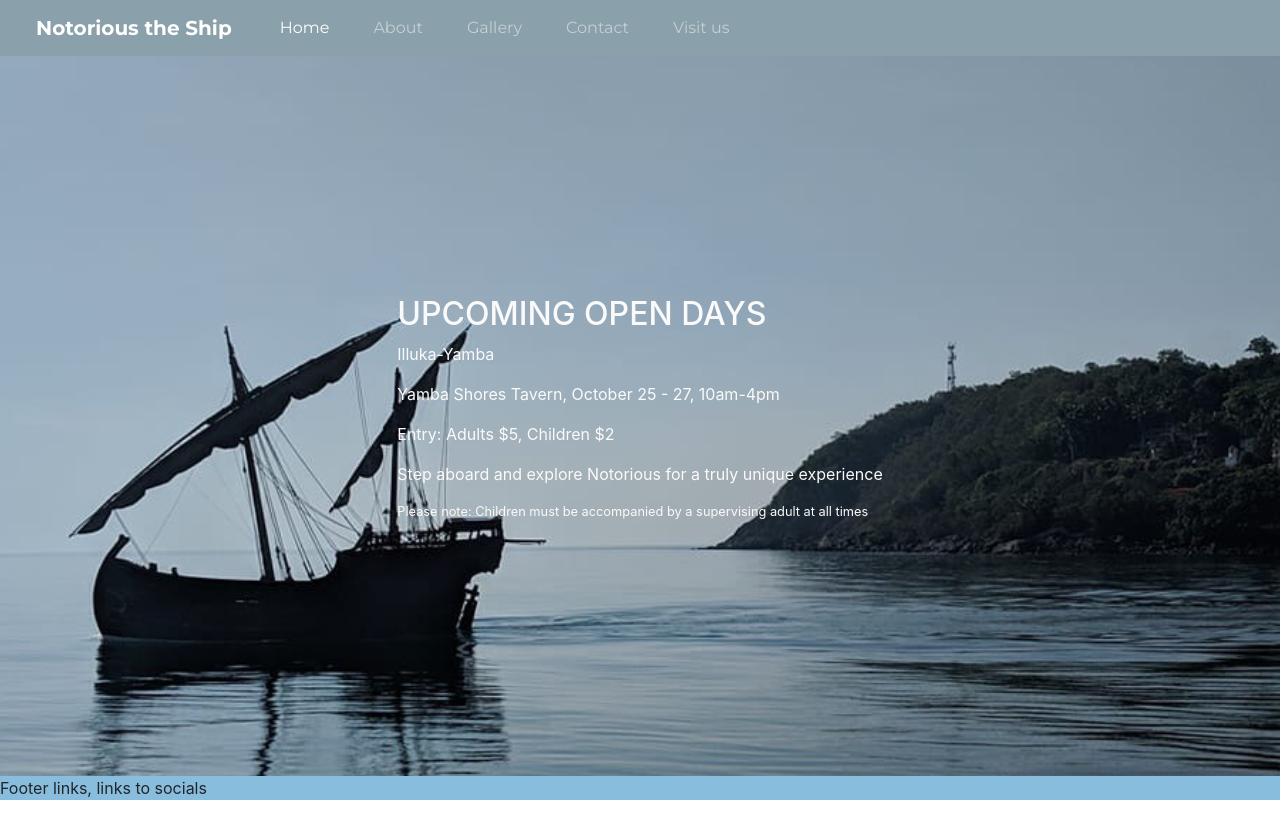
Repository: TSRose/NotorioustheShip
Page: open.html
The author's editor kept a record of every edit. The page is drawn from the files as they stood at one moment, then again after the next edit.
The browser window is 1280 px wide. The pictures show the whole page.
Backgrounds fixed to the window are drawn as part of the page.

Above is the page before.

### open.html
<!DOCTYPE html>
<html lang="en">

<head>
    <meta charset="UTF-8">
    <meta name="viewport" content="width=device-width, initial-scale=1.0">
    <meta http-equiv="X-UA-Compatible" content="ie=edge">
    <link rel="stylesheet" href="https://stackpath.bootstrapcdn.com/bootstrap/4.3.1/css/bootstrap.min.css" type="text/css" />
    <link rel="stylesheet" href="https://stackpath.bootstrapcdn.com/font-awesome/4.7.0/css/font-awesome.min.css">
    <link rel="stylesheet" href="assets/css/style.css" type="text/css">
    <title>Notorious the Ship</title>
</head>

<body>
    <nav class="navbar navbar-dark navbar-expand-sm">
        <a href="index.html" class="navbar-brand">Notorious the Ship</a>
        <button class="navbar-toggler ml-auto" type="button" data-toggle="collapse" data-target="#navbarNavDropdown" aria-controls="navbarNavDropdown" aria-expanded="false" aria-label="Toggle navigation">
      <span class="navbar-toggler-icon"></span></button>
        <div class="collapse navbar-collapse" id="navbarNavDropdown">
            <ul class="navbar-nav mr-auto">
                <li class="active nav-item mr-2"><a class="nav-link" href="index.html">Home</a></li>
                <li class="nav-item mr-2"><a class="nav-link" href="about.html">About</a></li>
                <li class="nav-item mr-2"><a class="nav-link" href="gallery.html">Gallery</a></li>
                <li class="nav-item mr-2"><a class="nav-link" href="contact.html">Contact</a></li>
                <li class="nav-item mr-2"><a class="nav-link" href="open.html">Visit us</a></li>
            </ul>
        </div>
    </nav>

    <!---------------------------open days----->

    <div class="container-fluid landing-container">
        <section class="landing">
            <div class="row">
                <div class="col-12">
                    <div class="jumbotron-landing">
                        <h2 class="text-uppercase jumbotron-heading">Upcoming Open Days</h2>
                        <p class="landing-subheading">Illuka-Yamba</p>
                        <p class="landing-subheading">Yamba Shores Tavern, October 25 - 27, 10am-4pm</p>
                        <p class="landing-subheading">Entry: Adults $5, Children $2</p>
                        <p class="landing-subheading">Step aboard and explore Notorious for a truly unique experience</p>
                        <p class="small">Please note: Children must be accompanied by a supervising adult at all times</p>
                    </div>
                </div>
            </div>
        </section>
    </div>


    <footer>
        <p>Footer links, links to socials </p>
    </footer>

    <script src="https://code.jquery.com/jquery-3.3.1.slim.min.js" integrity="sha384-q8i/X+965DzO0rT7abK41JStQIAqVgRVzpbzo5smXKp4YfRvH+8abtTE1Pi6jizo" crossorigin="anonymous"></script>
    <script src="https://cdnjs.cloudflare.com/ajax/libs/popper.js/1.14.7/umd/popper.min.js" integrity="sha384-UO2eT0CpHqdSJQ6hJty5KVphtPhzWj9WO1clHTMGa3JDZwrnQq4sF86dIHNDz0W1" crossorigin="anonymous"></script>
    <script src="https://stackpath.bootstrapcdn.com/bootstrap/4.3.1/js/bootstrap.min.js" integrity="sha384-JjSmVgyd0p3pXB1rRibZUAYoIIy6OrQ6VrjIEaFf/nJGzIxFDsf4x0xIM+B07jRM" crossorigin="anonymous"></script>

</body>

</html>

### assets/css/style.css
@import url('https://fonts.googleapis.com/css?family=Montserrat:100,200,300,400,500,600,700|Roboto:100,200,300,400,500,600,700');

body {
    margin: 10;
    padding: 0;
}

header {
    margin: 0;
}

footer {
    background-color: #89bddd;
    border-color: #89bddd;
}

/*-------------------------------- navbar */

.navbar-brand {
    font-family: "Montserrat", sans-serif;
    color: #fafafa;
    margin: 0 20px;
}

.nav-item {
    color: #fafafa;
    font-family: "Montserrat", sans-serif;
    margin: 0 20px;
}

.list-inline {
    text-align: center;
}

.navbar {
    color: #aaa;
    background-color: #8aa0aa;
    margin-bottom: 0;
    border: 0;
    width: 100%;
}

.navbar .navbar-toggler {
    border: 0;
}

.navbar-brand {
    font-weight: 700;
}

/*---------------------------------Landing ----*/

.landing-container {
    height: 100VH;
    background: url("../images/notorious_portdouglas_xsm_crop.jpg") no-repeat center center fixed;
    -webkit-background-size: cover;
    -moz-background-size: cover;
    -o-background-size: cover;
    background-size: cover;
    display: flex;
    align-items: center;
    justify-content: center;
    position: relative;
}

.text-uppercase {
    text-transform: uppercase;
}

.landing-subheading {
    padding: 0 0px;
    text-align: left;
}

.landing {
  position: fixed;
}

/*--------------------------------Jumbotron*/

.jumbotron-landing {
    background-color: transparent;
    padding-left: 0px;
    padding-top: 30px;
    padding-bottom: 30px;
    color: #fafafa;
}

.jumbotron-header {
    font-weight: bold;
    margin-bottom: 35px;
    margin: 50px;
    text-transform: capitalize;
    padding: 50px;
}

@media (min-width: 576px) {
    .landing-container {
        background: url("../images/notorious_portdouglas_sm_crop.jpg") no-repeat center center fixed;
    }
}

@media (min-width: 768px) {
    .landing-container {
        background: url("../images/notorious_portdouglas_md_crop.jpg") no-repeat center center fixed;
    }
}

@media (min-width: 1030px) {
    .landing-container {
        background: url("../images/notorious_portdouglas.PNG") no-repeat center center fixed;
    }
}


/*--------------------------------------- contact form*/

.contact-heading {
    font-family: "Montserrat", sans-serif;
    font-weight: 200;
    margin-top: 25px;
    margin-bottom: 20px;
}

.center-form {
    padding-top: 10px;
    margin: 0 auto;
    max-width: 70%;
}

button[type="submit"] {
    margin-top: 15px;
    margin-bottom: 20px;
    color: #fafafa;
    background-color: #3498db;
}

.col .btn {
    padding: 0 15;
}

@media(max-width: 991px) {
    .center-form {
        padding-top: 30px;
        min-height: 240px;
        margin: 0 auto;
        max-width: 70%;
    }
}

@media(min-width: 992px) {
    .center-form {
        padding-top: 30px;
        min-height: 240px;
        margin: 0 auto;
        max-width: 50%;
    }
}

@media(min-width: 992px) {
    .contact-heading {
        font-family: "Montserrat", sans-serif;
        font-weight: 400;
        margin-top: 25px;
        margin-bottom: 20px;
    }
}


/*-----------------------------------Buttons*/

.btn--learnmore {
    font-weight: bold;
    font-size: small;
    border-radius: 23px;
    width: 180px;
}


.btn--learnmore:hover,
.but--learnmore:active,
.btn--learnmore:focus,
.btn--learnmore:active:focus {
    background-color: #89bddd;
    border-color: #89bddd;
}

/*-----------------------------------Footer*/
.social-links {
    margin-top: 10px;
    padding-bottom: 10px;
}

.list-inline-item {
    padding-left: 5px;
    padding-right: 5px;
}



.about-container {
    margin: 15px;
}

.article-container {
    margin: 15px;
}
}

After the next edit:
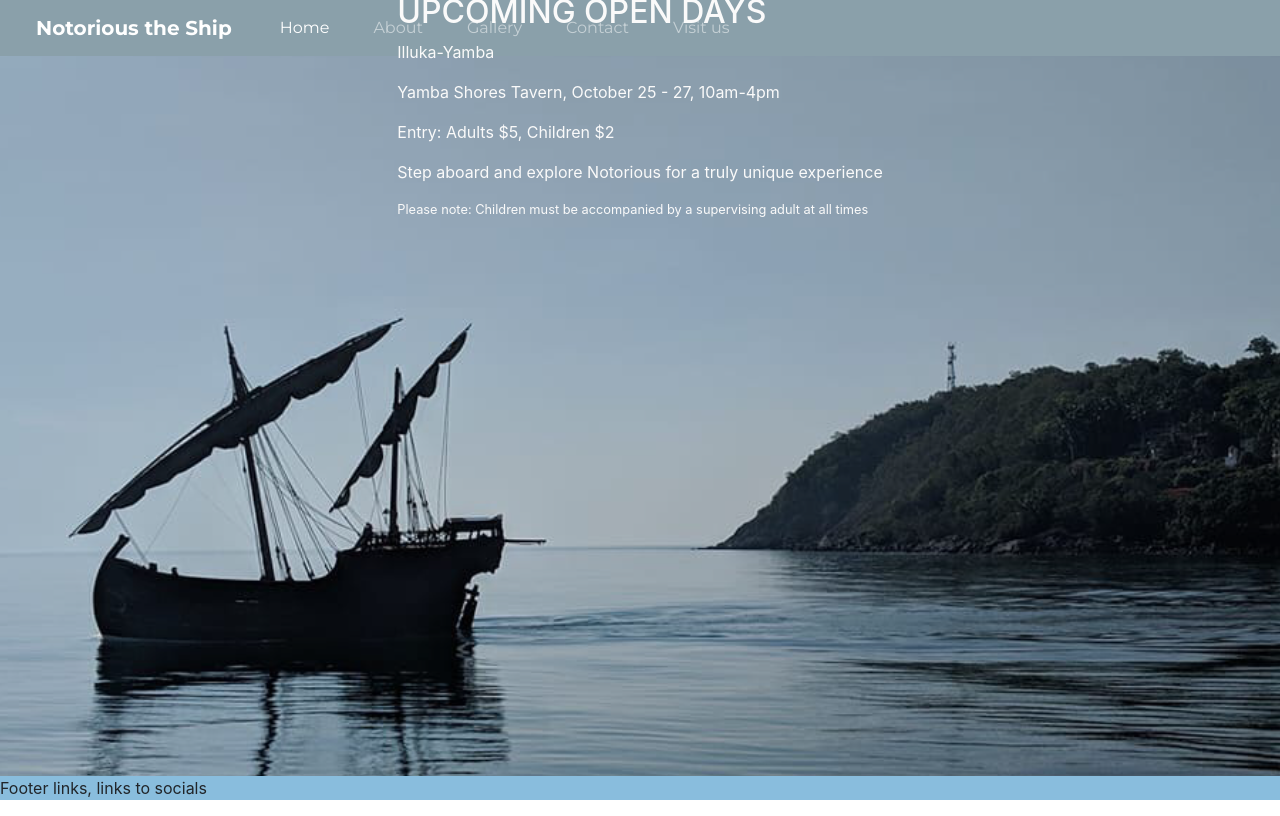
The edit:
--- a/assets/css/style.css
+++ b/assets/css/style.css
@@ -79,6 +79,10 @@
 /*--------------------------------Jumbotron*/
 
 .jumbotron-landing {
+    transform: translateY(-100%);
+}
+
+.jumbotron-landing {
     background-color: transparent;
     padding-left: 0px;
     padding-top: 30px;
